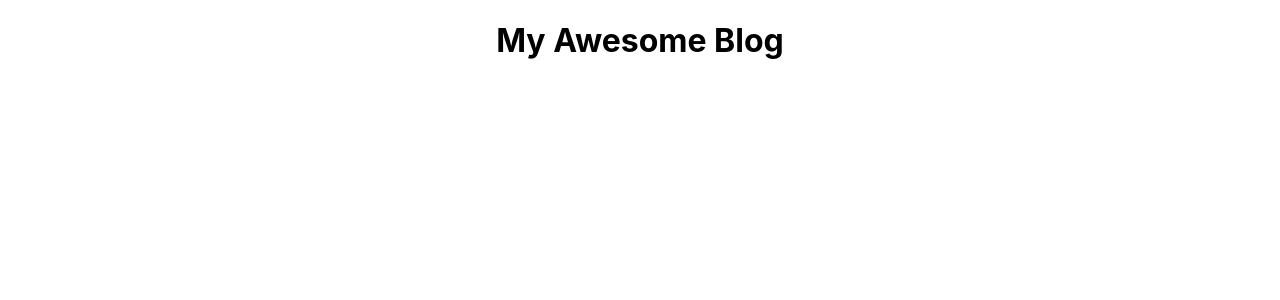
Repository: ShindanoSingi/full-stack-course
Page: / (app in my-blog/)
An editor plug-in stored every save of this project. The page is shown before and after the next save, followed by the edit.
The browser window is 1280 px wide. The pictures show the whole page.
The project was rebuilt for these pictures with package versions that can differ from the ones it lists, and the page was loaded fresh each time.

Above is the page before, as saved 2022-12-04 23:05:36.

### my-blog/src/App.js

import './App.css';

function App() {
  return (
    <div className="App">
    <h1>My Awesome Blog</h1>
    </div>
  );
}


export default App;

Loaded but not shown: my-blog/public/index.html (common file); my-blog/src/index.js (common file); my-blog/src/index.css (common file); my-blog/src/reportWebVitals.js (common file); my-blog/src/App.css (common file)

After the next save:
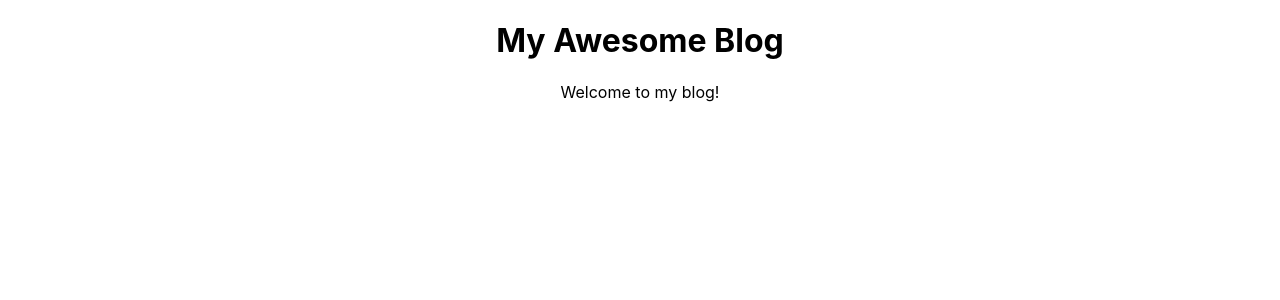
Saved 56 s later.
--- a/my-blog/src/App.js
+++ b/my-blog/src/App.js
@@ -5,6 +5,9 @@ function App() {
   return (
     <div className="App">
     <h1>My Awesome Blog</h1>
+    <div id="page-body">
+      Welcome to my blog!
+    </div>
     </div>
   );
 }
